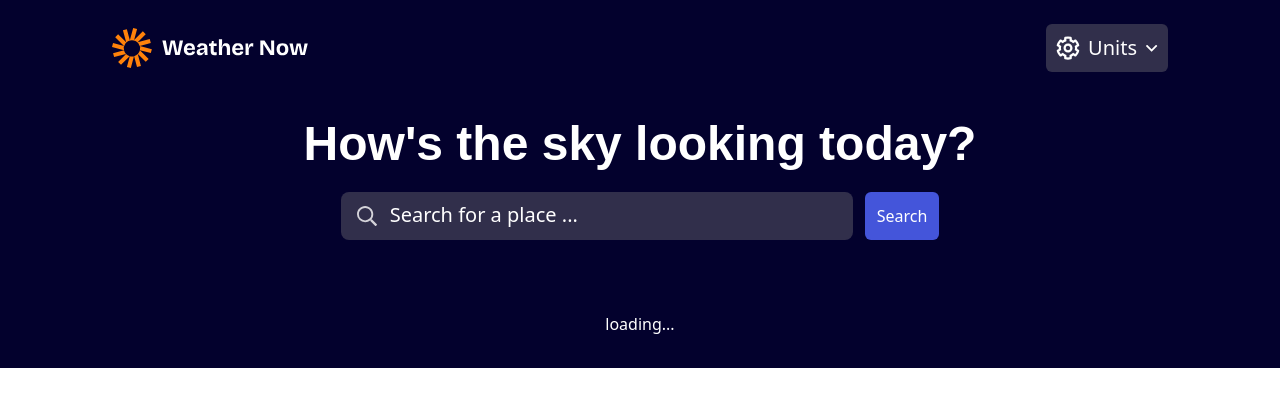
Repository: ayakhaled0001/weather-app
Page: /
The author's editor kept a copy of each file at every save. The page is drawn from the files as they stood at one save, then again after the next save.
The browser window is 1280 px wide. The pictures show the whole page.
The page's requests for data from a server got no answer. The project was rebuilt for these pictures with package versions that can differ from the ones it lists, and the page was loaded fresh each time. No one was signed in, and anything a server would have sent is missing. Also part of the build but not shown: vite.config.js, src/App.css, src/components/Utilites.jsx, src/components/main_components/Hero.jsx, src/components/main_components/SideBar.jsx, src/components/main_components/Properties.jsx, src/components/main_components/DailyForecast.jsx.

Above is the page before, as saved 2025-09-22 06:23:51.

After the next save:
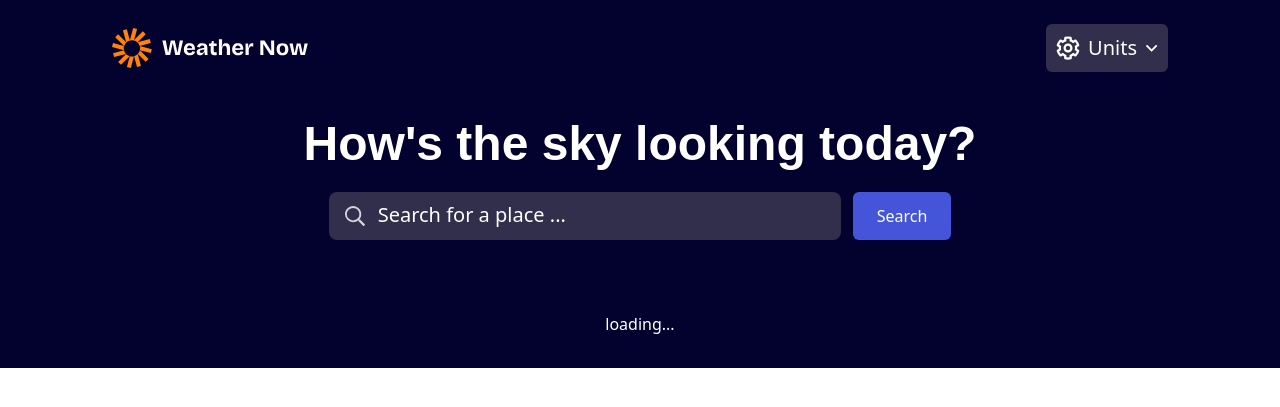
Saved 5 s later.
--- a/src/components/Header.jsx
+++ b/src/components/Header.jsx
@@ -4,24 +4,24 @@ function Header({ setCity }) {
   const [searchedCity, setSearchedCity] = useState("");
   const handleSetSearchCity = () => setCity(searchedCity);
   return (
-    <header>
-      <h1 className="text-center text-5xl text-Neutral-0 font-brico font-bold my-6">
+    <header className="px-4 sm:px-0">
+      <h1 className="text-center text-3xl sm:text-4xl lg:text-5xl text-Neutral-0 font-brico font-bold my-4 sm:my-6">
         How's the sky looking today?
       </h1>
-      <div className="flex justify-center gap-3 mb-10">
-        <div className="bg-Neutral-700 w-2/5 rounded-lg flex ps-4 pe-12 py-3 gap-3">
+      <div className="flex flex-col sm:flex-row justify-center gap-3 mb-6 sm:mb-10">
+        <div className="bg-Neutral-700 w-full sm:w-2/5 rounded-lg flex ps-4 pe-12 py-3 gap-3">
           <img src="/images/icon-search.svg" alt="" />
           <input
             type="text"
             value={searchedCity}
             onChange={(e) => setSearchedCity(e.target.value)}
-            className="text-Neutral-0 border-none outline-none placeholder:text-Neutral-0 placeholder:text-xl w-full"
+            className="text-Neutral-0 border-none outline-none placeholder:text-Neutral-0 placeholder:text-lg sm:placeholder:text-xl w-full"
             placeholder="Search for a place ..."
           />
         </div>
         <button
           onClick={handleSetSearchCity}
-          className="hover:cursor-pointer text-Neutral-0 bg-Blue-500 px-3 rounded-md hover:bg-Blue-700 transition-all ">
+          className="hover:cursor-pointer text-Neutral-0 bg-Blue-500 px-6 py-3 rounded-md hover:bg-Blue-700 transition-all w-full sm:w-auto">
           Search
         </button>
       </div>
